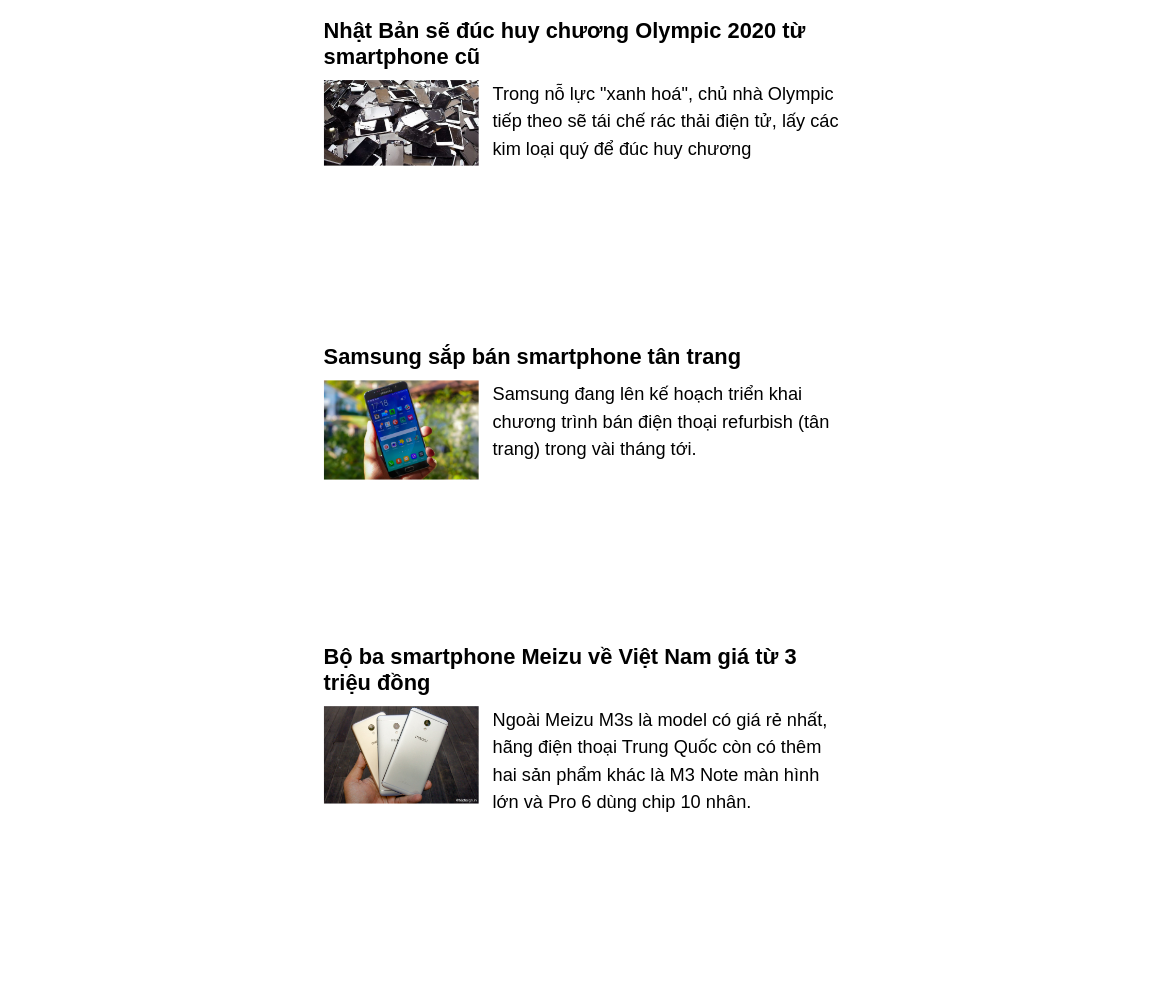
Repository: tuiladev/TKW
Page: CSS/Bai2/index.html
These files come from the project's save history. The page is drawn as it stood at one moment and after the next save; the edit follows.
The browser window is 1280 px wide. The pictures show the whole page, at 91% of full size.

Above is the page before, as saved 2022-04-07 17:35:37.

### CSS/Bai2/index.html
<!DOCTYPE html>
<html lang="en">
   <head>
      <meta charset="UTF-8" />
      <title>21115053120156 - Dang Van Trung</title>
      <link rel="stylesheet" href="./style.css" />
   </head>
   <body>
      <div class="news">
         <h2 class="news__title">Nhật Bản sẽ đúc huy chương Olympic 2020 từ smartphone cũ</h2>
         <div class="news__box">
            <img src="./images/anh1.jpg" alt="" class="news__img" align="left" />
            <p class="news__desc">
               Trong nỗ lực "xanh hoá", chủ nhà Olympic tiếp theo sẽ tái chế rác thải điện tử, lấy
               các kim loại quý để đúc huy chương
            </p>
         </div>
      </div>
      <div class="news">
         <h2 class="news__title">Samsung sắp bán smartphone tân trang</h2>
         <div class="news__box">
            <img src="./images/anh2.jpg" alt="" class="news__img" align="left" />
            <p class="news__desc">
               Samsung đang lên kế hoạch triển khai chương trình bán điện thoại refurbish (tân
               trang) trong vài tháng tới.
            </p>
         </div>
      </div>
      <div class="news">
         <h2 class="news__title">Bộ ba smartphone Meizu về Việt Nam giá từ 3 triệu đồng</h2>
         <div class="news__box">
            <img src="./images/anh3.jpg" alt="" class="news__img" align="left" />
            <p class="news__desc">
               Ngoài Meizu M3s là model có giá rẻ nhất, hãng điện thoại Trung Quốc còn có thêm hai
               sản phẩm khác là M3 Note màn hình lớn và Pro 6 dùng chip 10 nhân.
            </p>
         </div>
      </div>
   </body>
</html>

### CSS/Bai2/style.css
body {
   font-family: sans-serif;
}
.news {
   width: 45%;
   margin-bottom: 200px;
   margin-left: auto;
   margin-right: auto;
}
.news__title {
   font-size: 24px;
   margin-bottom: 12px;
}
.news__img {
   max-width: 30%;
   margin-right: 15px;
}
.news__desc {
   font-size: 20px;
   line-height: 1.5;
   margin: 0;
}

After the next save:
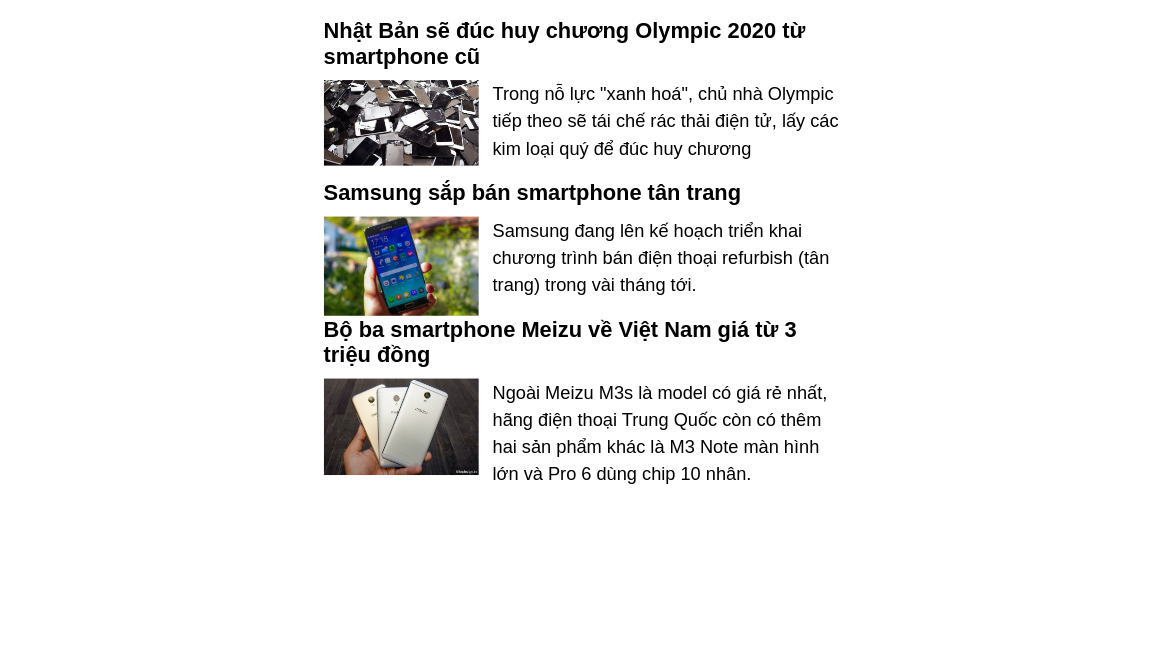
Saved 15 s later.
--- a/CSS/Bai2/style.css
+++ b/CSS/Bai2/style.css
@@ -3,9 +3,7 @@
 }
 .news {
    width: 45%;
-   margin-bottom: 200px;
-   margin-left: auto;
-   margin-right: auto;
+   margin: 0 auto ;
 }
 .news__title {
    font-size: 24px;

After the 2 saves that followed:
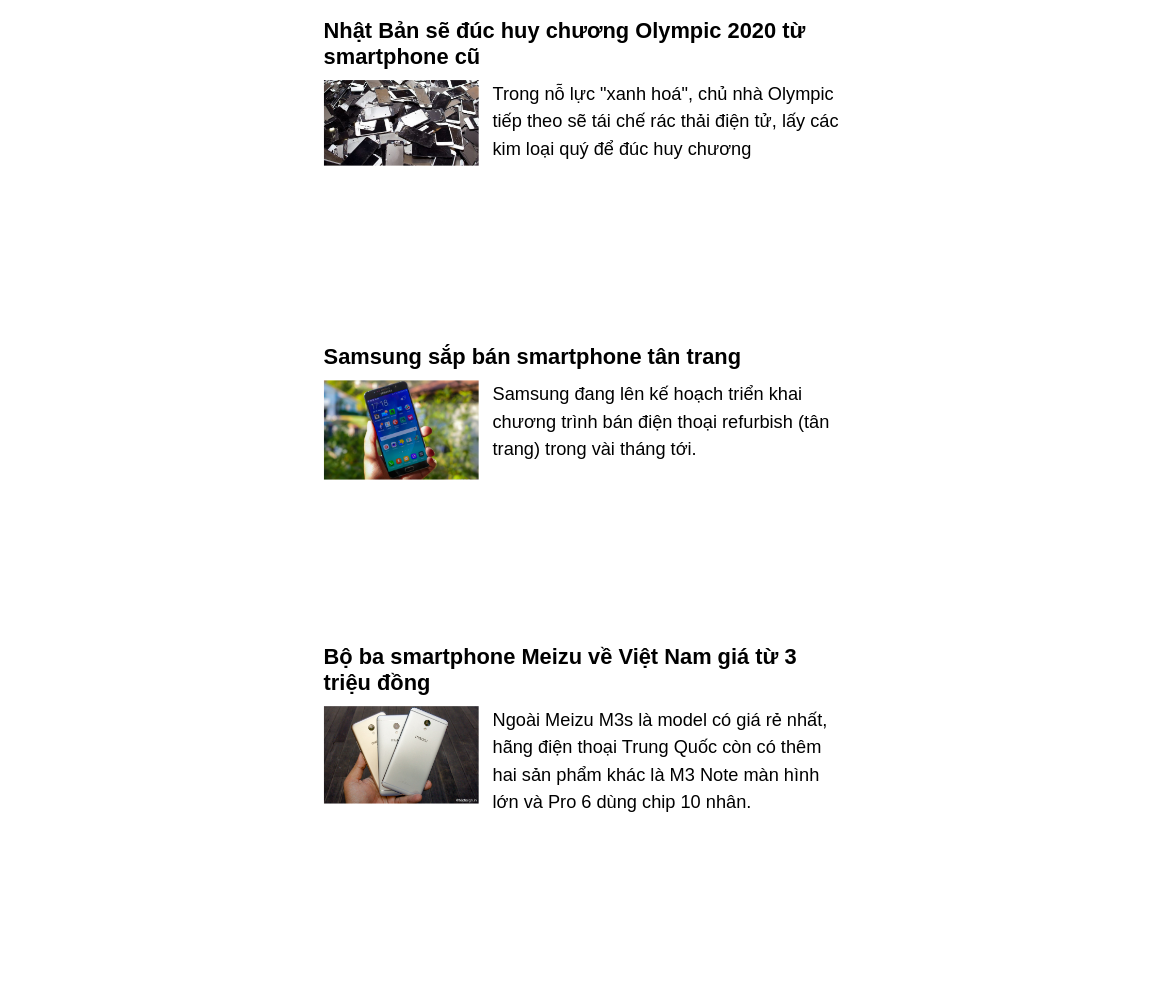
The 2 saves are shown as one change because they came seconds apart.
The last was saved 7 s later.
--- a/CSS/Bai2/style.css
+++ b/CSS/Bai2/style.css
@@ -3,7 +3,8 @@
 }
 .news {
    width: 45%;
-   margin: 0 auto ;
+   margin: 0 auto 200px;
+   bor
 }
 .news__title {
    font-size: 24px;
